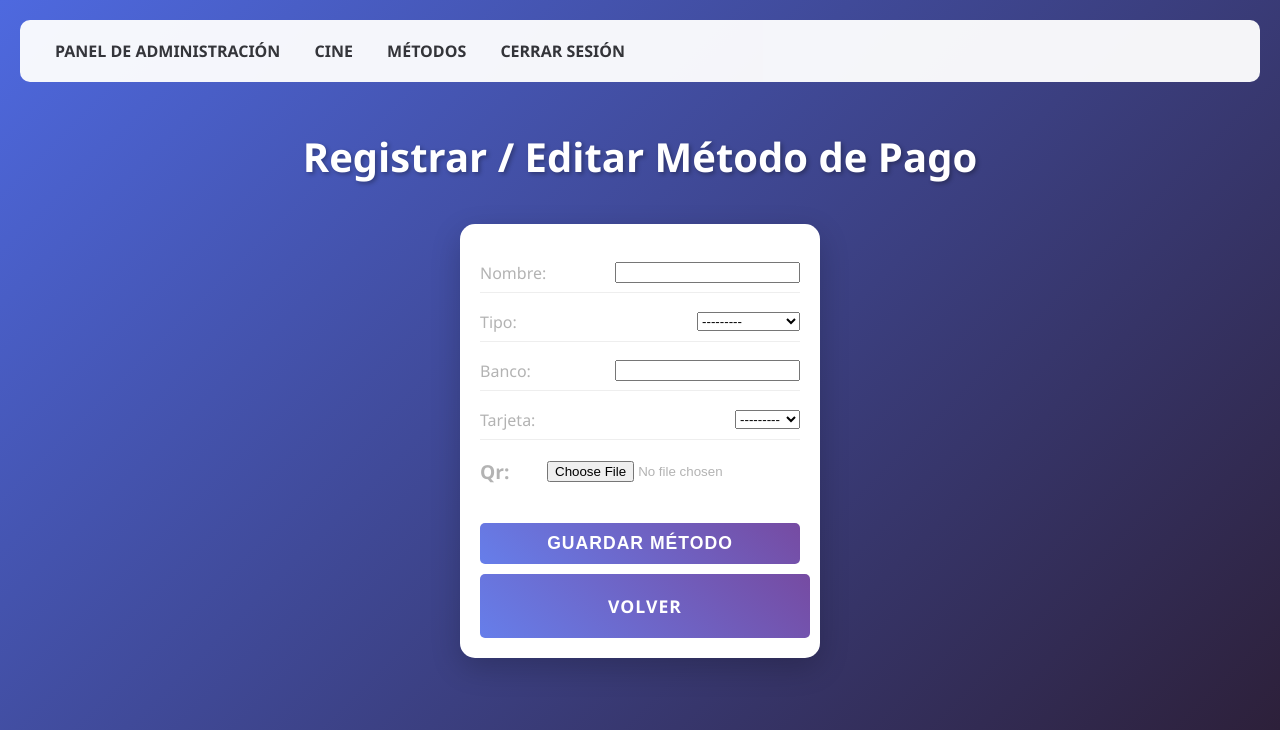
Repository: RoyScc/Practico-Django
Page: http://localhost/metodos/crear
The author's editor kept a copy of each file at every save. The page is drawn from the files as they stood at one save, then again after the next save.
The browser window is 1280 px wide. The pictures show the whole page.
The page is served by the project's application, run on Django 5.2 (manage.py). A made-up administrator, testuser (Test User, test@example.com), is signed in.

Above is the page before, as saved 2026-06-03 10:10:19.

After the next save:
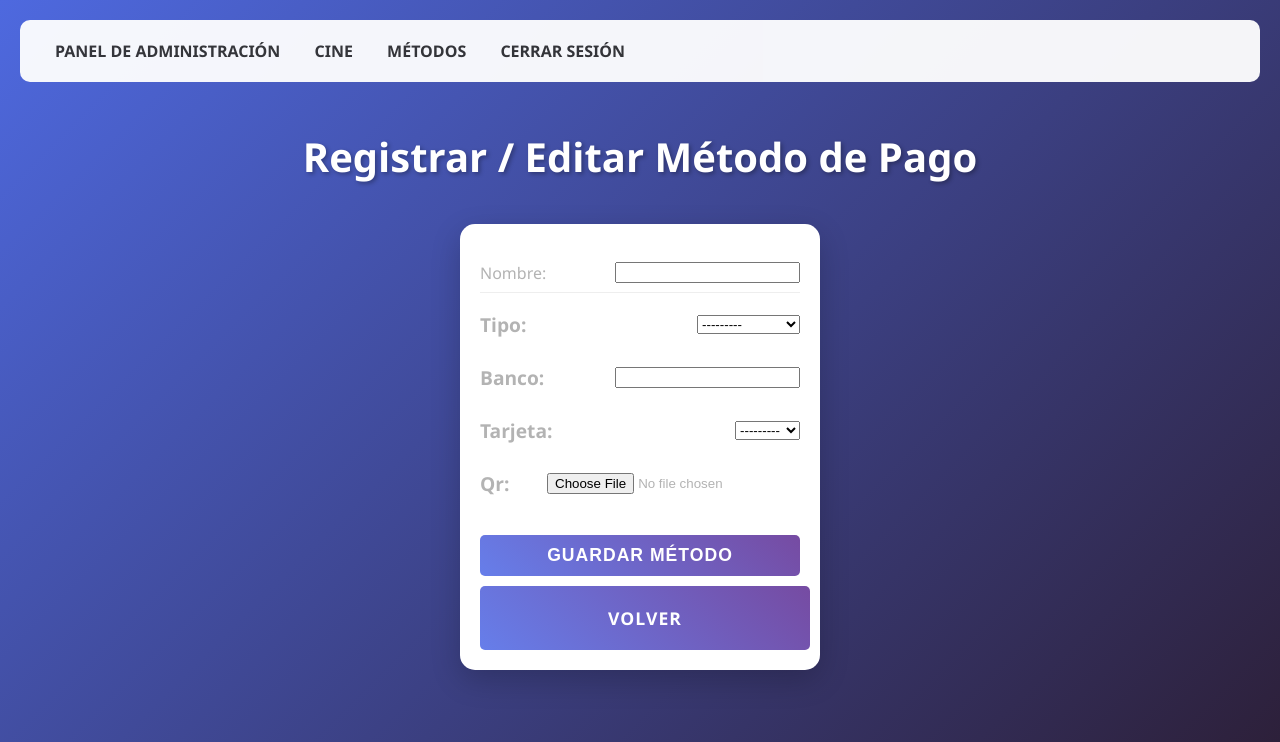
Saved 10 min 15 s later.
--- a/tickets/templates/tickets/crear_metodo_pago.html
+++ b/tickets/templates/tickets/crear_metodo_pago.html
@@ -8,15 +8,42 @@
         <div class="ticket-item2">
            <form method="POST">
             {% csrf_token %}
+            <p>
+                {{ form.nombre.label_tag }}
+                {{ form.nombre }}
+            </p>
 
-            {{ form.as_p }}
+            <p>
+                {{ form.tipo.label_tag }}
+                {{ form.tipo }}
+            </p>
+
+            <div id="banco-container">
+                <p>
+                    {{ form.banco.label_tag }}
+                    {{ form.banco }}
+                </p>
+            </div>
+
+            <div id="tarjeta-container">
+                <p>
+                    {{ form.tarjeta.label_tag }}
+                    {{ form.tarjeta }}
+                </p>
+            </div>
+
+            <div id="qr-container">
+                <p>
+                    {{ form.qr.label_tag }}
+                    {{ form.qr }}
+                </p>
+            </div>
                 <button type="submit" style="padding: 10px; background-color: #4CAF50; color: white; border: none; border-radius: 5px; cursor: pointer;">
                     Guardar Método
                 </button>
             </form>
             <a class="button" style="background-color: #4CAF50; color: white; border: none; border-radius: 5px; cursor: pointer;" href="{% url 'lista_metodos' %}">Volver</a>
         </div>
-
     </div>
     <br>
 
